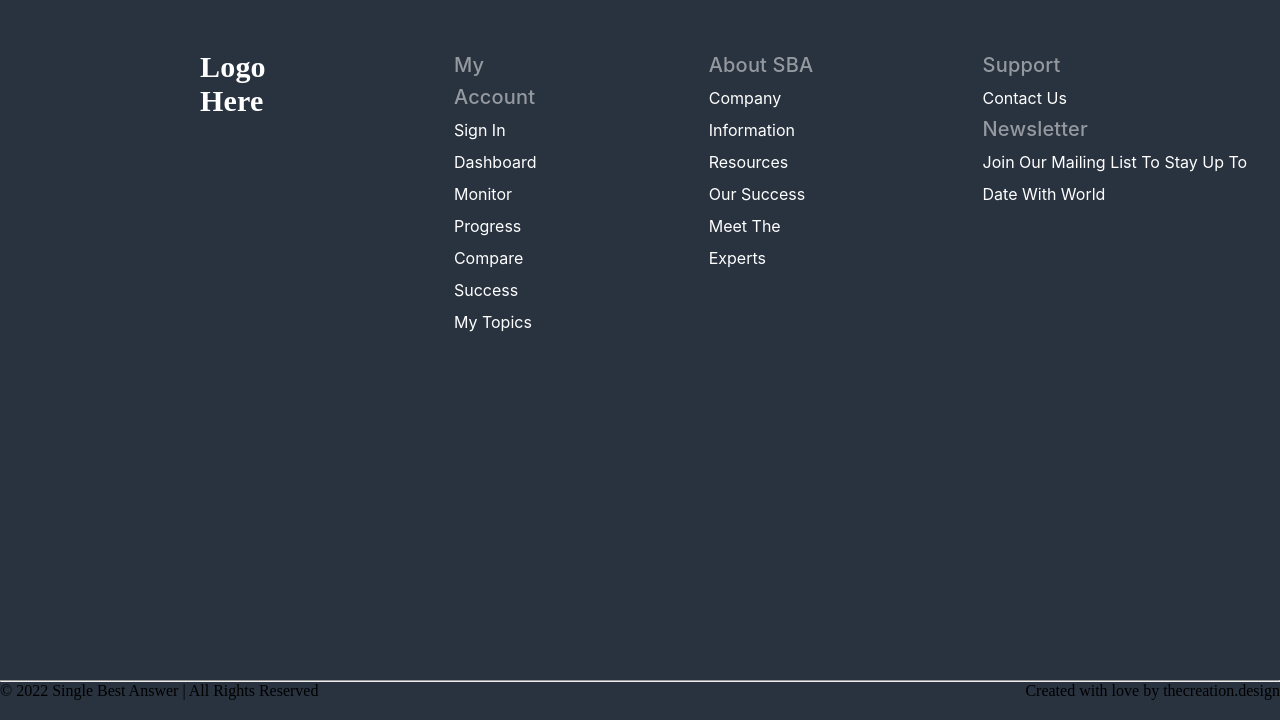
Repository: FaridRustamov09/Final-Task
Page: Pages/connectionPage/index.html
An editor plug-in stored every save of this project. The page is shown before and after the next save, followed by the edit.
The browser window is 1280 px wide. The pictures show the whole page.
The style sheet was rebuilt from its Sass, Less or Tailwind sources for each picture, by a compiler version that may differ from the author's.

Above is the page before, as saved 2024-07-14 21:00:37.

After the next save:
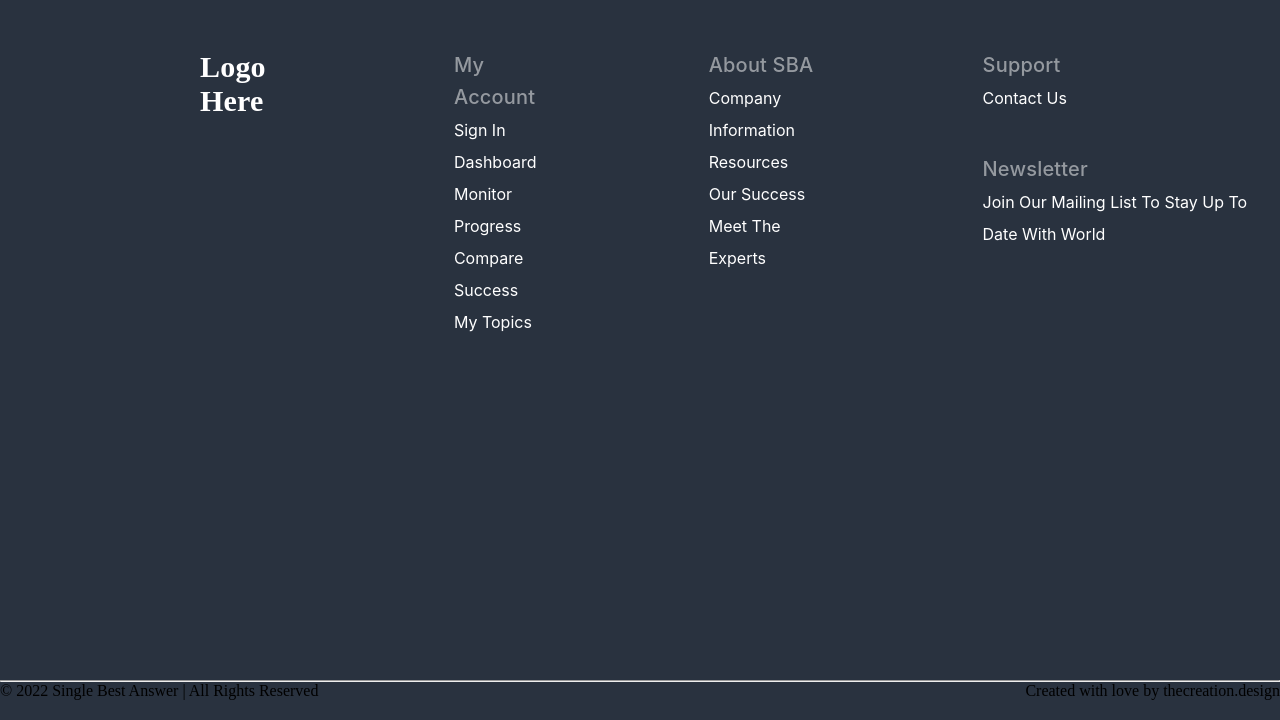
Saved 17 s later.
--- a/Pages/connectionPage/index.html
+++ b/Pages/connectionPage/index.html
@@ -28,7 +28,7 @@
         <ul>
           <li class="title"><b>Support</b></li>
           <li><a href="#">Contact Us</a></li>
-          <li class="title"><b>Newsletter</b></li>
+          <li class="title title-4"><b>Newsletter</b></li>
           <li>
             <a href="#">Join our mailing list to stay up to date with world</a>
           </li>
